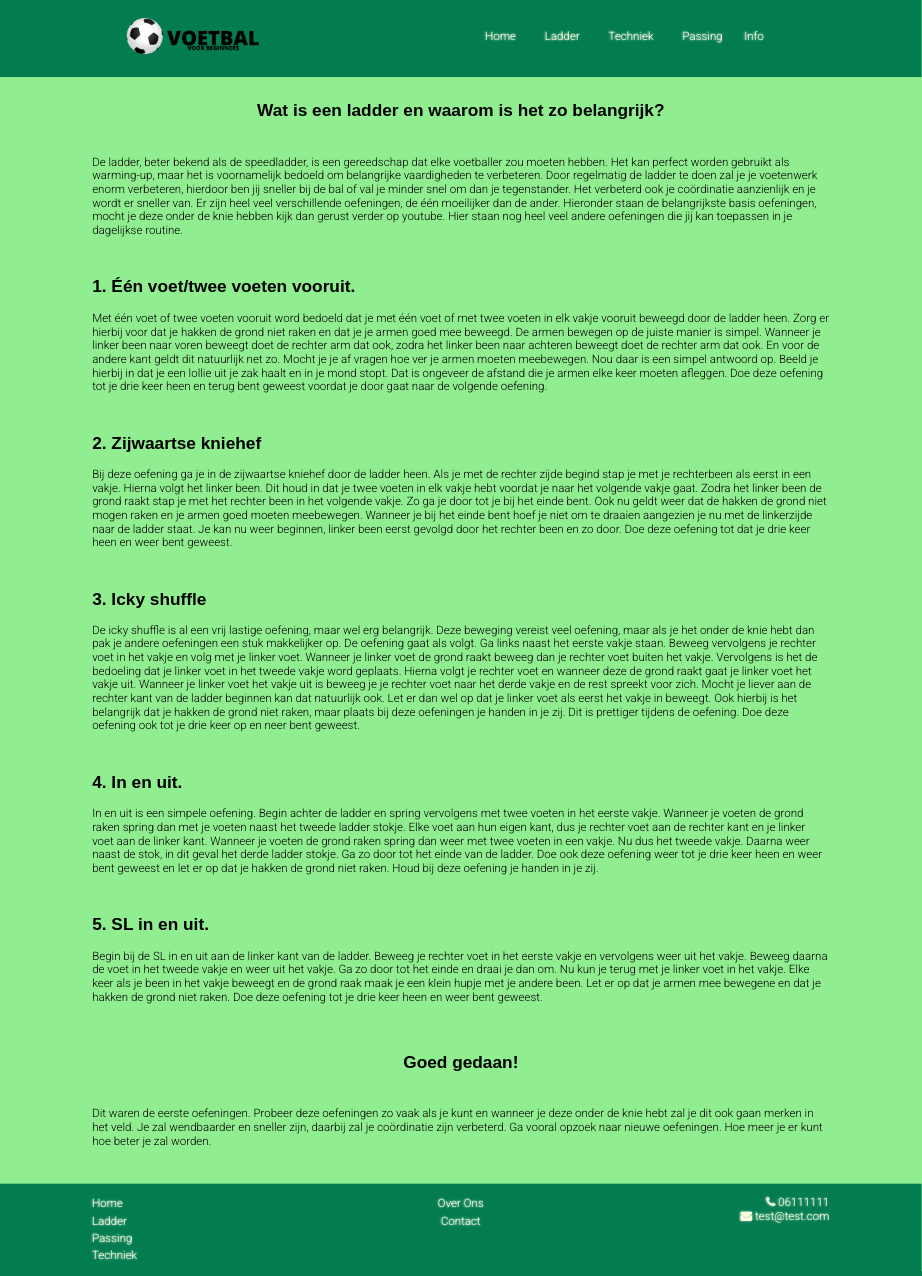
Repository: KelvinOxfoort/Start
Page: ladder.html
The author's editor kept a record of every edit. The page is drawn from the files as they stood at one moment, then again after the next edit.
The browser window is 1280 px wide. The pictures show the whole page, at 72% of full size.
Some web fonts or font styles are not loaded; a fallback is used.

Above is the page before.

After the next edit:
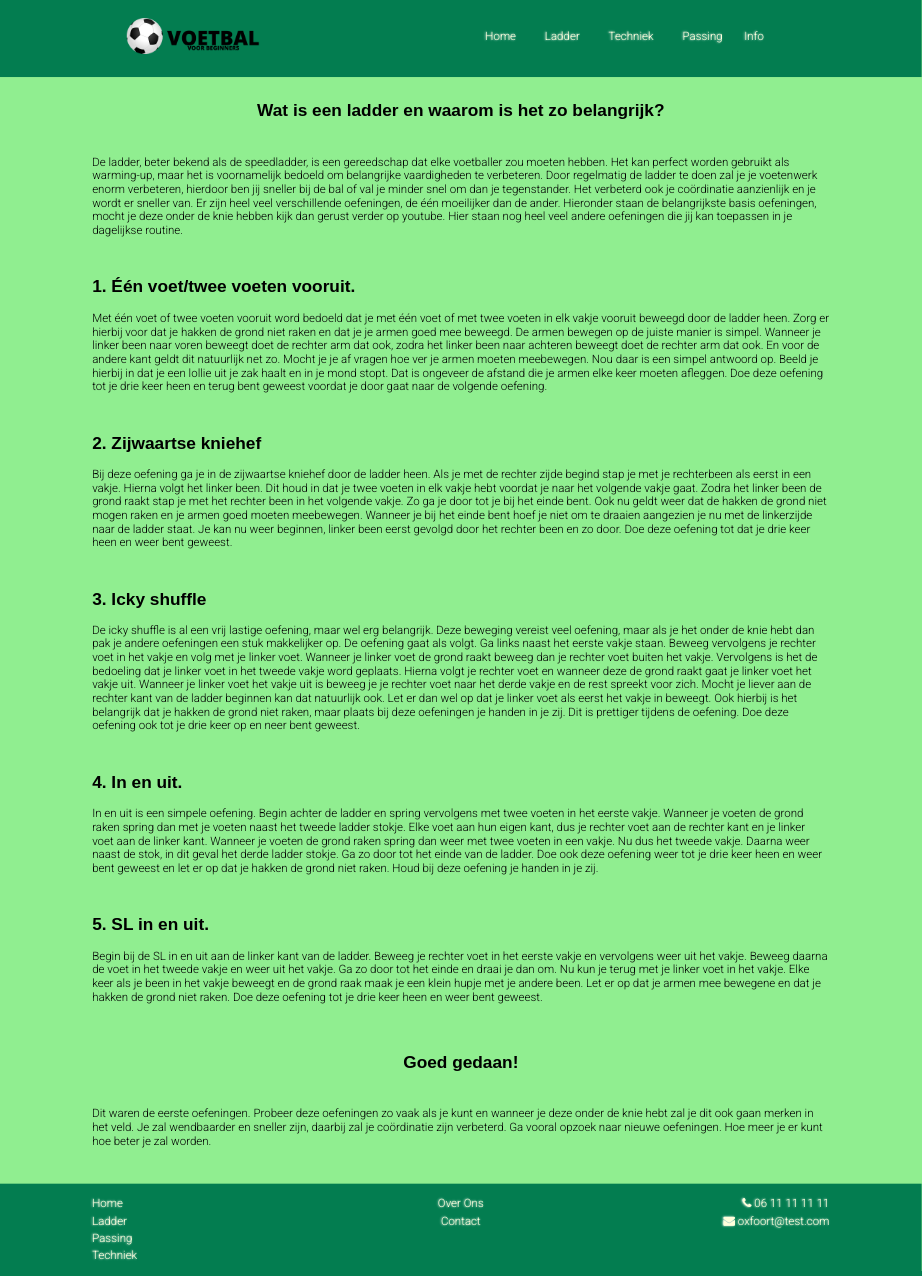
The edit:
--- a/ladder.html
+++ b/ladder.html
@@ -83,7 +83,7 @@
                 opzoek naar nieuwe oefeningen. Hoe meer je er kunt hoe beter je zal worden.</p>
         </section>
     </main>
-    <footer id="footer">
+     <footer id="footer">
         <div class="footercolumns">
             <ul class="footerpagina">
                 <li><a href="index.html">Home</a></li>
@@ -96,9 +96,9 @@
                 <li><a href="contact.html">Contact</a></li>
             </ul>
             <ul class="footercontact">
-                <li><i class="fa fa-phone"></i> 06111111</a>
+                <li><i class="fa fa-phone"></i> <a href="tel:0611111111">06 11 11 11 11</a>
                 </li>
-                <li><i class="fa fa-envelope"></i> test@test.com</a>
+                <li><i class="fa fa-envelope"></i> <a href="mailto:oxfoort@test.com">oxfoort@test.com</a>
                 </li>
             </ul>
         </div>
